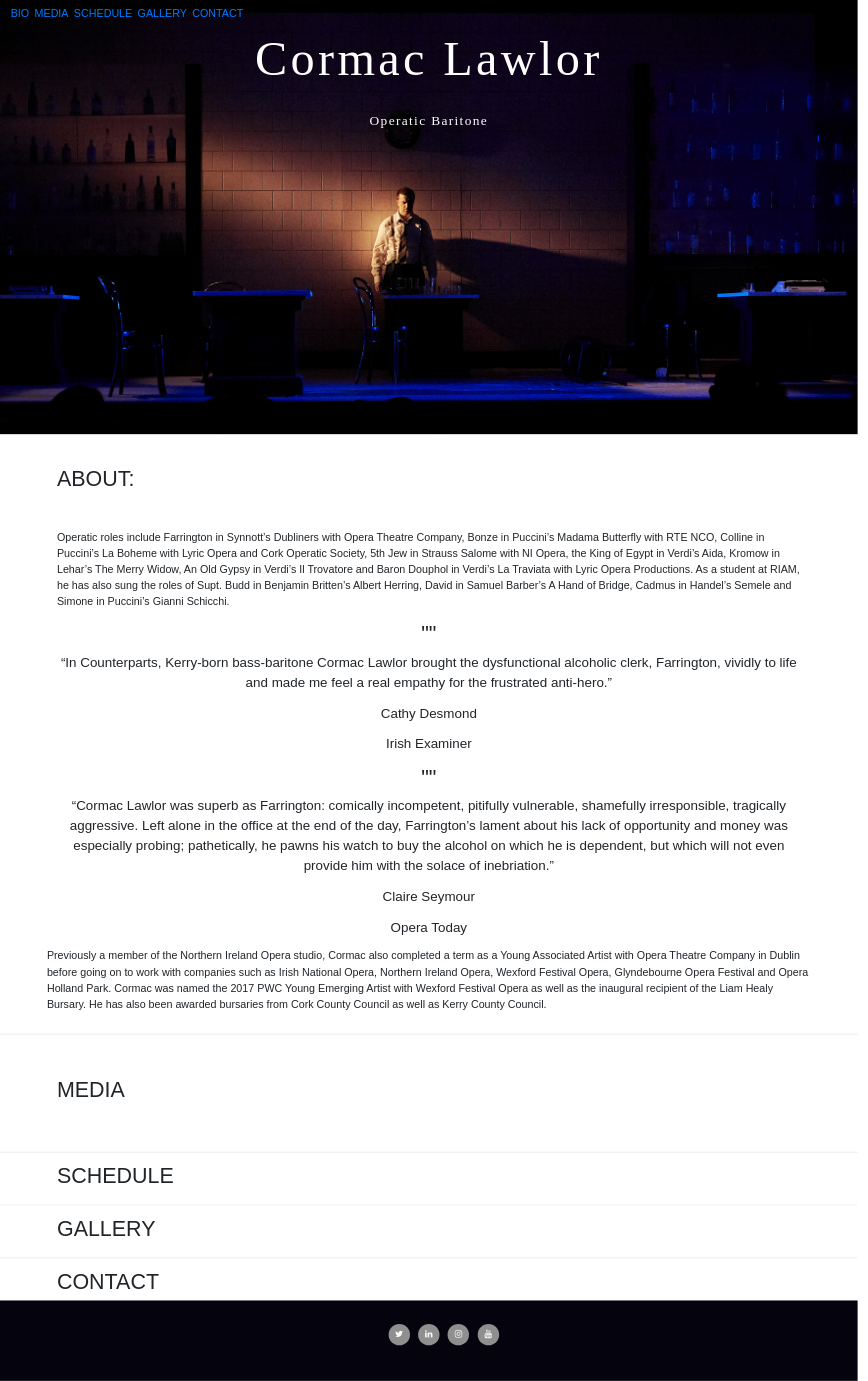
Repository: armedcor/frontend-project
Page: index.html
The author's editor kept a record of every edit. The page is drawn from the files as they stood at one moment, then again after the next edit.
The browser window is 1280 px wide. The page is 1295 px wide, so the pictures cover 1295 px, including what lies to the right of the window. The pictures show the whole page, at 67% of full size.
Backgrounds fixed to the window are drawn as part of the page. Some web fonts or font styles are not loaded; a fallback is used.

Above is the page before.

### index.html
<!doctype html>
<html lang="en">

<head>
    <!-- Required meta tags -->
    <meta charset="utf-8">
    <meta name="viewport" content="width=device-width, initial-scale=1.0">

    <!-- Bootstrap CSS -->
    <link rel="stylesheet" href="https://stackpath.bootstrapcdn.com/bootstrap/4.3.1/css/bootstrap.min.css" integrity="sha384-ggOyR0iXCbMQv3Xipma34MD+dH/1fQ784/j6cY/iJTQUOhcWr7x9JvoRxT2MZw1T" crossorigin="anonymous">
    <!-- FontAwesome Link -->
    <link rel="stylesheet" href="https://stackpath.bootstrapcdn.com/font-awesome/4.7.0/css/font-awesome.min.css" type="text/css" />
    <link href="https://fonts.googleapis.com/css?family=Montserrat|Quattrocento&display=swap" rel="stylesheet">
    <!-- Local Style Sheet -->
    <link rel="stylesheet" href="assets/css/style.css" type="text/css" />
    <title>Cormac Lawlor | Baritone</title>
</head>

<body>
    <!-- Main landing image -->
    <div class="container-fluid nav-container">
        <nav class="navbar navbar-dark navbar-expand-sm">
            <ul class="navbar-nav mr-auto">
                <li class="active nav-item mr-2"><a class="page-scroll" href="#about-me">BIO</a></li>
                <li class="nav-item mr-2"><a class="page-scroll" href="#media">MEDIA</a></li>
                <li class="nav-item mr-2"><a class="page-scroll" href="#schedule">SCHEDULE</a></li>
                <li class="nav-item mr-2"><a class="page-scroll" href="#gallery">GALLERY</a></li>
                <li class="nav-item mr-2"><a class="page-scroll" href="#contact">CONTACT</a></li>
            </ul>
        </nav>
    </div>


    <div class="container-fluid callout-container">
        <div class="row">
            <div class="col-12">
                <section class="jumbotron text-center">
                    <h1 class="display-4 jumbotron-header">Cormac Lawlor</h1>
                    <hr>
                    <p class="lead jumbotron-text">Operatic Baritone</p>
                </section>
            </div>
        </div>
    </div>



    <!-- About me text including media quotes -->

    <div class="row">
        <section class="container" id="about-me">
            <div class="row">
                <div class="col-12 my-5">
                    <h2 class="text-uppercase">About:</h2>
                </div>
            </div>
            <div class="row bio">
                <div class="col-12">
                    <p>Operatic roles include Farrington in Synnott’s Dubliners with Opera Theatre Company, Bonze in Puccini’s Madama Butterfly with RTE NCO, Colline in Puccini’s La Boheme with Lyric Opera and Cork Operatic Society, 5th Jew in Strauss Salome
                        with NI Opera, the King of Egypt in Verdi’s Aida, Kromow in Lehar’s The Merry Widow, An Old Gypsy in Verdi’s Il Trovatore and Baron Douphol in Verdi’s La Traviata with Lyric Opera Productions. As a student at RIAM, he has also
                        sung the roles of Supt. Budd in Benjamin Britten’s Albert Herring, David in Samuel Barber’s A Hand of Bridge, Cadmus in Handel’s Semele and Simone in Puccini’s Gianni Schicchi.</p>
                </div>
            </div>
        </section>
    </div>
    <section class="container" id="quotes">
        <div class="row">
            <div class="col-12 mobile-hidden">
                <blockquote class="blockquote">
                    <h2>""</h2>
                    <p class="quote-text">“In Counterparts, Kerry-born bass-baritone Cormac Lawlor brought the dysfunctional alcoholic clerk, Farrington, vividly to life and made me feel a real empathy for the frustrated anti-hero.”</p>
                    <p class="quote-author"> Cathy Desmond</p>
                    <p class="quote-location">Irish Examiner</p>
                </blockquote>
            </div>
            <div class="col-12 col-xs-12">
                <blockquote class="blockquote">
                    <h2>""</h2>
                    <p="quote-text">“Cormac Lawlor was superb as Farrington: comically incompetent, pitifully vulnerable, shamefully irresponsible, tragically aggressive. Left alone in the office at the end of the day, Farrington’s lament about his lack of opportunity
                        and money was especially probing; pathetically, he pawns his watch to buy the alcohol on which he is dependent, but which will not even provide him with the solace of inebriation.”</p>
                        <p class="quote-author">Claire Seymour</p>
                        <p class="quote-location">Opera Today</p>
                </blockquote>
            </div>
        </div>
    </section>

    <section class="about-me container">
        <div class="row bio">
            <div class="col-6"></div>
            <p>Previously a member of the Northern Ireland Opera studio, Cormac also completed a term as a Young Associated Artist with Opera Theatre Company in Dublin before going on to work with companies such as Irish National Opera, Northern Ireland
                Opera, Wexford Festival Opera, Glyndebourne Opera Festival and Opera Holland Park. Cormac was named the 2017 PWC Young Emerging Artist with Wexford Festival Opera as well as the inaugural recipient of the Liam Healy Bursary. He has also
                been awarded bursaries from Cork County Council as well as Kerry County Council.</p>
        </div>
        </div>

    </section>

    <hr>

    <!-- Media section include soundcloud -->

    <section class="container" id="media">
        <div class="row">
            <div class="col-12 my-5">
                <h2 class="text-uppercase">Media</h2>
            </div>
        </div>
        <!--<div class="row">-->
        <!--    <div class="col-12">-->
        <!--        <iframe width="100%" height="166" scrolling="no" frameborder="no" allow="autoplay" src="https://w.soundcloud.com/player/?url=https%3A//api.soundcloud.com/tracks/420888168&color=%23ff5500&auto_play=-->
        <!--            false&hide_related=true&show_comments=true&show_user=true&show_reposts=false&show_teaser=true"></iframe>-->
        <!--    </div>-->
        <!--</div>-->
        <!--<div class="row">-->
        <!--    <div class="col-12 my-5">-->
        <!--        <iframe width="100%" height="166" scrolling="no" frameborder="no" allow="autoplay" src="https://w.soundcloud.com/player/?url=https%3A//api.soundcloud.com/tracks/420889467&color=%23ff5500&auto_play-->
        <!--            =false&hide_related=true&show_comments=true&show_user=true&show_reposts=false&show_teaser=true"></iframe>-->
        <!--    </div>-->
        <!--</div>-->
    </section>

    <hr>

    <section class="container" id="schedule">
        <div class="row">
            <div class="col-12">
                <h2 class="text-uppercase">Schedule</h2>
            </div>
        </div>
    </section>

    <hr>

    <section class="container" id="gallery">
        <div class="row">
            <div class="col-12">
                <h2 class="text-uppercase">Gallery</h2>
            </div>
        </div>
    </section>

    <hr>

    <section class="container" id="contact">
        <div class="row">
            <div class="col-12">
                <h2 class="text-uppercase">Contact</h2>
            </div>
        </div>
    </section>



</body>

<footer class="container-fluid">
    <div id="footer-details" class="row">
        <div class="col-12">
            <ul class="list-inline social-links">
                <li class="list-inline-item">
                    <a target="_blank" href="#">
                            <i class="fa fa-twitter" aria-hidden="true"></i>
                            <span class="sr-only">Twitter</span>
                        </a>
                </li>
                <li class="list-inline-item">
                    <a target="_blank" href="#">
                            <i class="fa fa-linkedin" aria-hidden="true"></i>
                            <span class="sr-only">LinkedIn</span>
                        </a>
                </li>
                <li class="list-inline-item">
                    <a target="_blank" href="#">
                            <i class="fa fa-instagram" aria-hidden="true"></i>
                            <span class="sr-only">Instagram</span>
                        </a>
                </li>
                <li class="list-inline-item">
                    <a target="_blank" href="#">
                            <i class="fa fa-youtube" aria-hidden="true"></i>
                            <span class="sr-only">Youtube</span>
                        </a>
                </li>
            </ul>
        </div>
    </div>

</footer>

</html>

### assets/css/style.css
@import url('https://fonts.googleapis.com/css?family=Exo+2:300i,400,400i,500
,
500i);

/*----------------------NavBar */

.nav-container {
 position: absolute;
 top: 0;
 left: 0;
 padding-left: 0;
 padding-right: 0;
}

.navbar {
    margin-bottom: 0;
    border: 0;
}



/*-------------------- Body Containers */

.callout-container {
    height: 90vh;
    background: url("../photos/Cormac.jpg") no-repeat center center fixed;
    -webkit-background-size: cover;
    -moz-background-size: cover;
    -o-background-size: cover;
    background-size: cover;

    display: flex;
    align-items: center;
    justify-content: center;



}

/*----------------------General Fonts, paddings and special characters */




body {
    font-family: "Exo 2", sans-serif;
}

#quotes h2 p {
    text-align: center;
}

.blockquote {
    text-align: center;
}

@media (max-width: 999px) {
    .mobile-hidden {
        display: none;
    }

}

.jumbotron {
    background: transparent;
}

.jumbotron-header {
    font-family: 'Quattrocento', serif;
    color: white;
    letter-spacing: 5px;
    font-size: 72px;
}

.jumbotron-text {
    color: white;
    font-family: 'Quattrocento', serif;
    letter-spacing:2px;
    font-weight: 300
    font-family: 'Montserrat', sans-serif;
    padding-bottom: 360px;
}







/*----------------------Footer */

footer {
    background-color: #05030e;
    color: #fafafa;
    min-height: 120px;
    margin: 0;
}



.social-links {
    padding-left: 45%;
    padding-top: 15px;
    padding-bottom: 15px;
}

.social-links li a i {
    width: 32px;
    height: 32px;
    padding: 12px 0;
    border-radius: 50%;
    font-size: 13px;
    line-height: 7px;
    text-align: center;
    color: #fafafa;
    background-color: #8f8f8f;
    transition: all 0.35s ease-in-out;
    -moz-transition: all 0.35s ease-in-out;
    -webkit-transition: all 0.35s ease-in-out;
    -o-transition: all 0.35s ease-in-out;
}

.social-links li a i:hover {
    background-color: #2662c1;
}

#footer-details {
    padding: 20px;
}



/*------- {
    background: #000 !important;
    color: #0f0 !important;
    outline: solid #f00 1px !important;
}

*/

After the next edit:
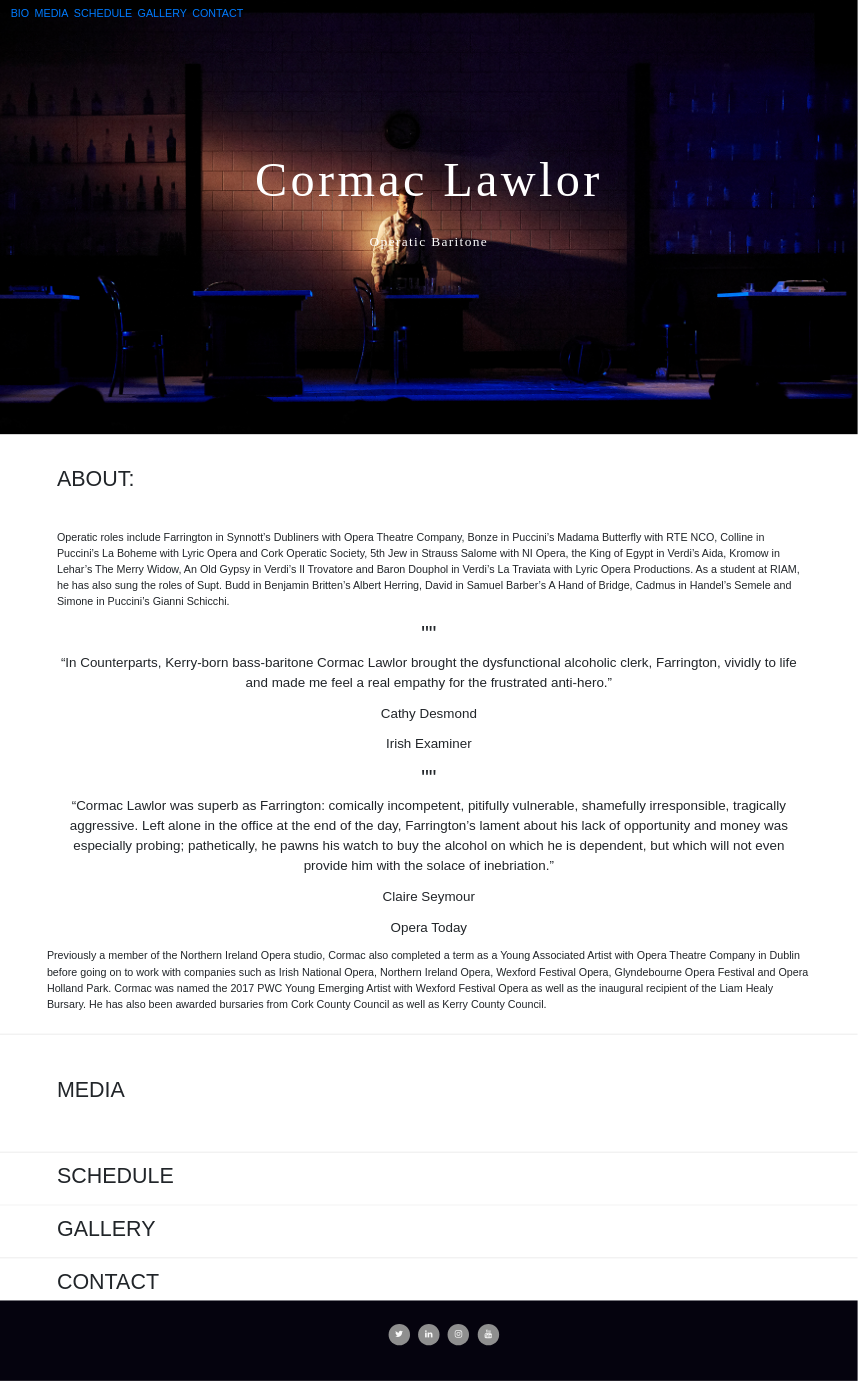
The edit:
--- a/assets/css/style.css
+++ b/assets/css/style.css
@@ -78,7 +78,6 @@
     letter-spacing:2px;
     font-weight: 300
     font-family: 'Montserrat', sans-serif;
-    padding-bottom: 360px;
 }
 
 
